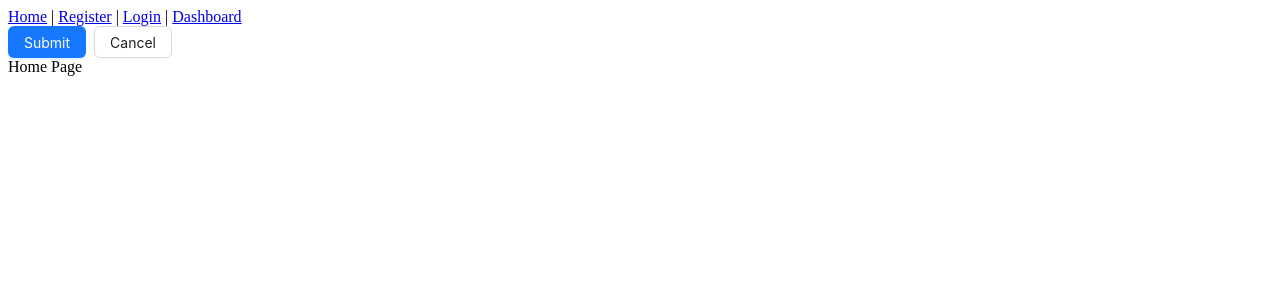
Repository: shaynewx/Airbrb
Page: / (app in frontend/)
An editor plug-in stored every save of this project. The page is shown before and after the next save, followed by the edit.
The browser window is 1280 px wide. The pictures show the whole page.
The project was rebuilt for these pictures with package versions that can differ from the ones it lists, and the page was loaded fresh each time. Also part of the build but not shown: frontend/src/components/Register.jsx, frontend/src/components/form/apiService.jsx, frontend/src/components/form/LoginForm.jsx, frontend/src/components/Login.jsx, frontend/src/components/Dashboard.jsx.

Above is the page before, as saved 2023-11-07 12:37:48.

### frontend/src/App.jsx
import React from 'react';
import { BrowserRouter as Router } from 'react-router-dom';
import PageList from './PageList';

function App () {
  return (
    <Router>
      <PageList />
    </Router>
  );
}

export default App;

### frontend/src/PageList.jsx
import React from 'react';
import { Routes, Route, Link } from 'react-router-dom';
import Home from './components/Home';
import Register from './components/Register';
import Login from './components/Login';
import Dashboard from './components/Dashboard';
import Button from './components/button/button';

function PageList () {
  const [token, setToken] = React.useState(null);
  // const logout = () => {
  //   setToken(null);
  //   localStorage.removeItem('token');
  // }

  // const bookroom = () => {
  //   console.log('bookroom');
  // }

  return (
    <>
      <nav>
        <Link to="/">Home</Link>
        &nbsp;|&nbsp;
        <Link to="/register">Register</Link>
        &nbsp;|&nbsp;
        <Link to="/login">Login</Link>
        &nbsp;|&nbsp;
        <Link to="/dashboard">Dashboard</Link>
      </nav>
      <Button type="primary">Dashed Button</Button>

      <Routes>
        <Route path="/" element={<Home />} />
        <Route path="/register" element={<Register token={token} setToken={setToken} />} />
        <Route path="/login" element={<Login token={token} setToken={setToken} />} />
        <Route path="/dashboard" element={<Dashboard token={token} />} />
      </Routes>
    </>
  );
}

export default PageList;

### frontend/src/components/Home.jsx
import React from 'react';

function Home () {
  return (
    <div>
      {/* 房源列表代码 */}
      Home Page
    </div>
  );
}

export default Home;

### frontend/src/components/button/button.jsx
import React from 'react';
import { Button, Flex } from 'antd';
const App = () => (
  <Flex gap="small" wrap="wrap">
    <Button type="primary">Submit</Button>
    <Button >Cancel</Button>
  </Flex>
);

export default App;

Loaded but not shown: frontend/src/index.jsx (common file)

After the next save:
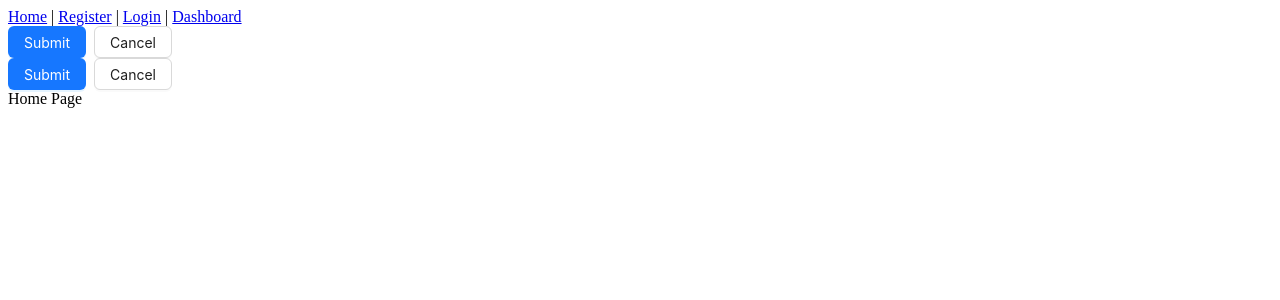
Saved 8 s later.
--- a/frontend/src/PageList.jsx
+++ b/frontend/src/PageList.jsx
@@ -29,7 +29,7 @@ function PageList () {
         <Link to="/dashboard">Dashboard</Link>
       </nav>
       <Button type="primary">Dashed Button</Button>
-
+      <Button type="primary">Dashed Button</Button>
       <Routes>
         <Route path="/" element={<Home />} />
         <Route path="/register" element={<Register token={token} setToken={setToken} />} />
